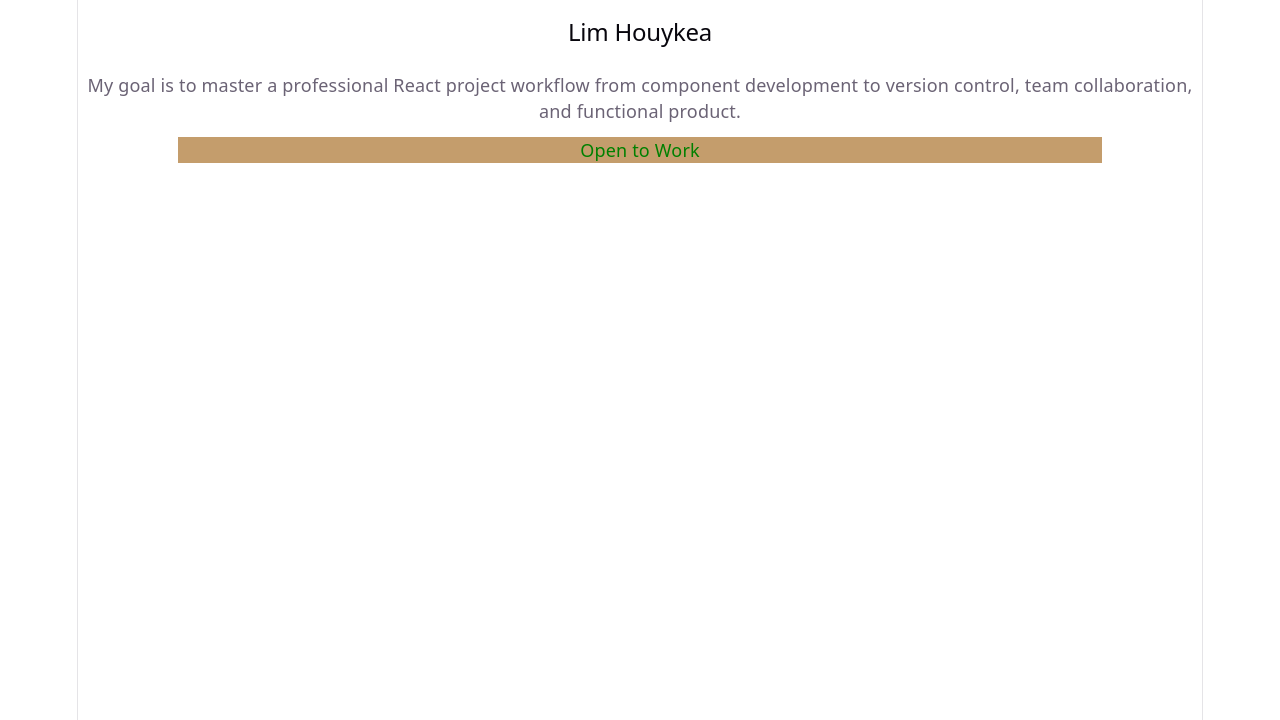
Repository: Houykea/jia-portfolio
Page: /
An editor plug-in stored every save of this project. The page is shown before and after a run of saves, followed by the edit.
The browser window is 1280 px wide. The pictures show the whole page.
The project was rebuilt for these pictures with package versions that can differ from the ones it lists, and the page was loaded fresh each time. Also part of the build but not shown: vite.config.js.

Above is the page before, as saved 2026-09-11 17:00:12.

### index.html
<!doctype html>
<html lang="en">
  <head>
    <meta charset="UTF-8" />
    <link rel="icon" type="image/svg+xml" href="/favicon.svg" />
    <meta name="viewport" content="width=device-width, initial-scale=1.0" />
    <title>jia-portfolio</title>
  </head>
  <body>
    <div id="root"></div>
    <script type="module" src="/src/main.jsx"></script>
  </body>
</html>

### src/index.css
:root {
  --text: #6b6375;
  --text-h: #08060d;
  --bg: #fff;
  --border: #e5e4e7;
  --code-bg: #f4f3ec;
  --accent: #aa3bff;
  --accent-bg: rgba(170, 59, 255, 0.1);
  --accent-border: rgba(170, 59, 255, 0.5);
  --social-bg: rgba(244, 243, 236, 0.5);
  --shadow:
    rgba(0, 0, 0, 0.1) 0 10px 15px -3px, rgba(0, 0, 0, 0.05) 0 4px 6px -2px;

  --sans: system-ui, 'Segoe UI', Roboto, sans-serif;
  --heading: system-ui, 'Segoe UI', Roboto, sans-serif;
  --mono: ui-monospace, Consolas, monospace;

  font: 18px/145% var(--sans);
  letter-spacing: 0.18px;
  color-scheme: light dark;
  color: var(--text);
  background: var(--bg);
  font-synthesis: none;
  text-rendering: optimizeLegibility;
  -webkit-font-smoothing: antialiased;
  -moz-osx-font-smoothing: grayscale;

  @media (max-width: 1024px) {
    font-size: 16px;
  }
}

@media (prefers-color-scheme: dark) {
  :root {
    --text: #9ca3af;
    --text-h: #f3f4f6;
    --bg: #16171d;
    --border: #2e303a;
    --code-bg: #1f2028;
    --accent: #c084fc;
    --accent-bg: rgba(192, 132, 252, 0.15);
    --accent-border: rgba(192, 132, 252, 0.5);
    --social-bg: rgba(47, 48, 58, 0.5);
    --shadow:
      rgba(0, 0, 0, 0.4) 0 10px 15px -3px, rgba(0, 0, 0, 0.25) 0 4px 6px -2px;
  }

  #social .button-icon {
    filter: invert(1) brightness(2);
  }
}

body {
  margin: 0;
}

#root {
  width: 1126px;
  max-width: 100%;
  margin: 0 auto;
  text-align: center;
  border-inline: 1px solid var(--border);
  min-height: 100svh;
  display: flex;
  flex-direction: column;
  box-sizing: border-box;
}

h1,
h2 {
  font-family: var(--heading);
  font-weight: 500;
  color: var(--text-h);
}

h1 {
  font-size: 56px;
  letter-spacing: -1.68px;
  margin: 32px 0;
  @media (max-width: 1024px) {
    font-size: 36px;
    margin: 20px 0;
  }
}
h2 {
  font-size: 24px;
  line-height: 118%;
  letter-spacing: -0.24px;
  margin: 0 0 8px;
  @media (max-width: 1024px) {
    font-size: 20px;
  }
}
p {
  margin: 0;
}

code,
.counter {
  font-family: var(--mono);
  display: inline-flex;
  border-radius: 4px;
  color: var(--text-h);
}

code {
  font-size: 15px;
  line-height: 135%;
  padding: 4px 8px;
  background: var(--code-bg);
}

### src/App.jsx
import { useState } from 'react'
import './App.css'
import StatusBadge from './StatusBadge'
import SectionHeading from "./components/Headings";

function App() {
  return (
    <>
      <SectionHeading title="Lim Houykea"/>
      <p>My goal is to master a professional React project workflow from component development to version control, team collaboration, and functional product.</p>
      <StatusBadge isOpenToWork={true}/>
    </>
  )
}

export default App

### src/App.css
@import "tailwindcss";
.green {
  color: green;
  background-color: rgb(196, 157, 108);
  margin-left: 100px;
  margin-right: 100px;
  margin-top: 12px;  ;
}

.gray {
  color: gray;
  background-color: bisque;
  margin:100px

}

### src/StatusBadge.jsx
const StatusBadge = ({isOpenToWork}) => {
  const statusText = isOpenToWork ? "Open to Work" : "Busy learning"
  const statusColor = isOpenToWork ? "green" : "gray"
  return (
    <span className={statusColor}>
      {statusText}
    </span>
  )
}
export default StatusBadge;

### src/components/Headings.jsx
function SectionHeading(props) {
  const title = props.title;

  return (
    <h2 className="text-gray-900 text-xl font-semibold mb-4 p-4">
      {title}
    </h2>
  )
}

export default SectionHeading

Loaded but not shown: src/main.tsx (common file)

After the next 2 saves:
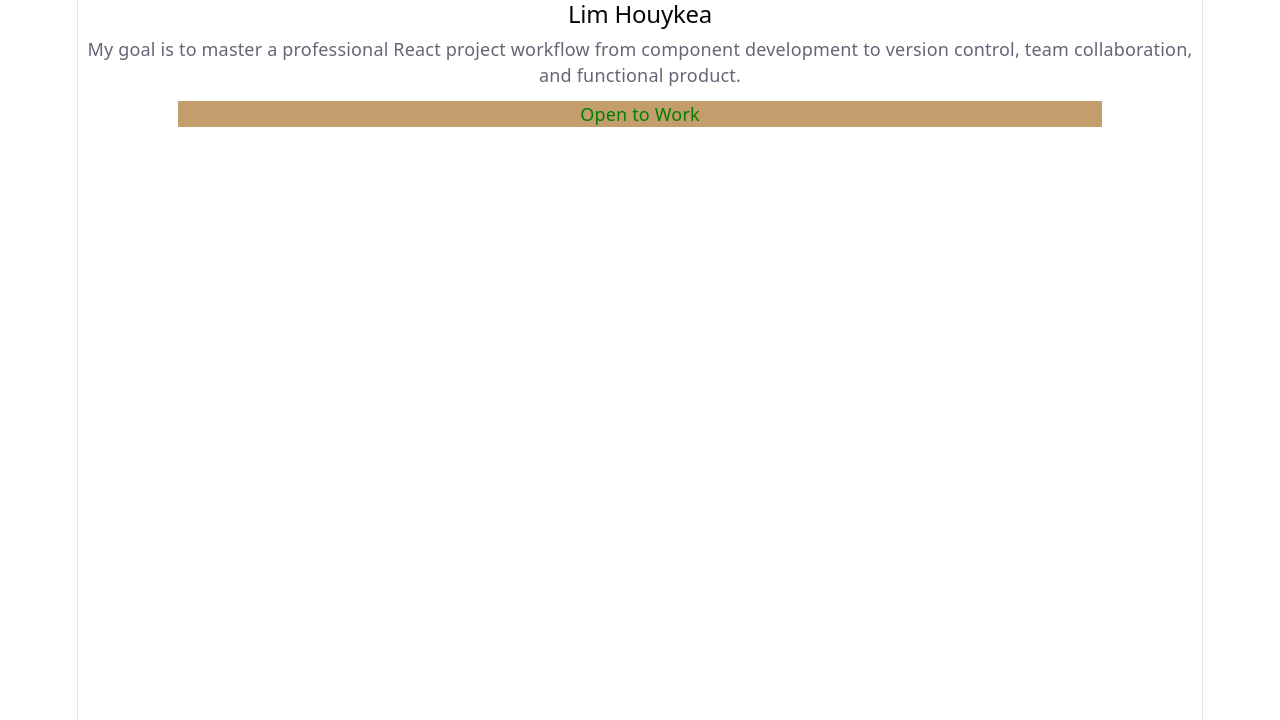
The 2 saves are shown as one change because they came seconds apart.
The last was saved 77 s later.
--- a/src/App.css
+++ b/src/App.css
@@ -1,4 +1,3 @@
-@import "tailwindcss";
 .green {
   color: green;
   background-color: rgb(196, 157, 108);

After the save that followed:
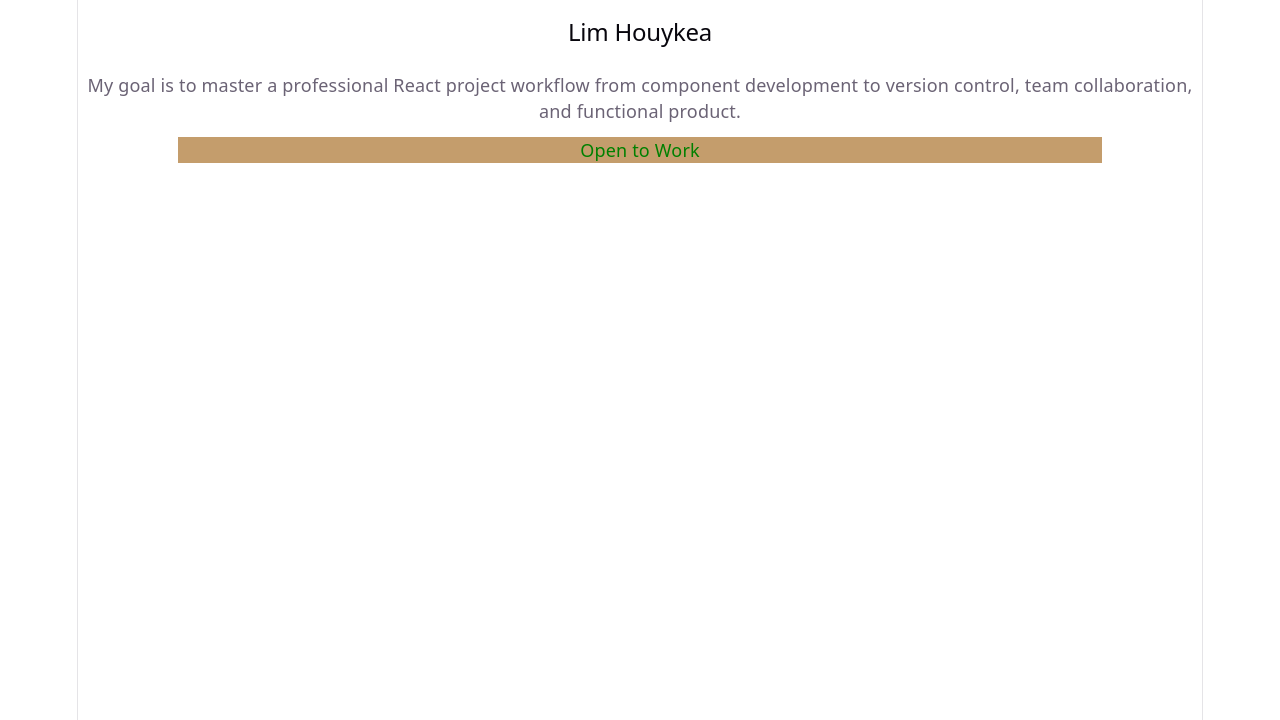
Saved 5 s later.
--- a/src/index.css
+++ b/src/index.css
@@ -1,3 +1,4 @@
+@import "tailwindcss";
 :root {
   --text: #6b6375;
   --text-h: #08060d;
